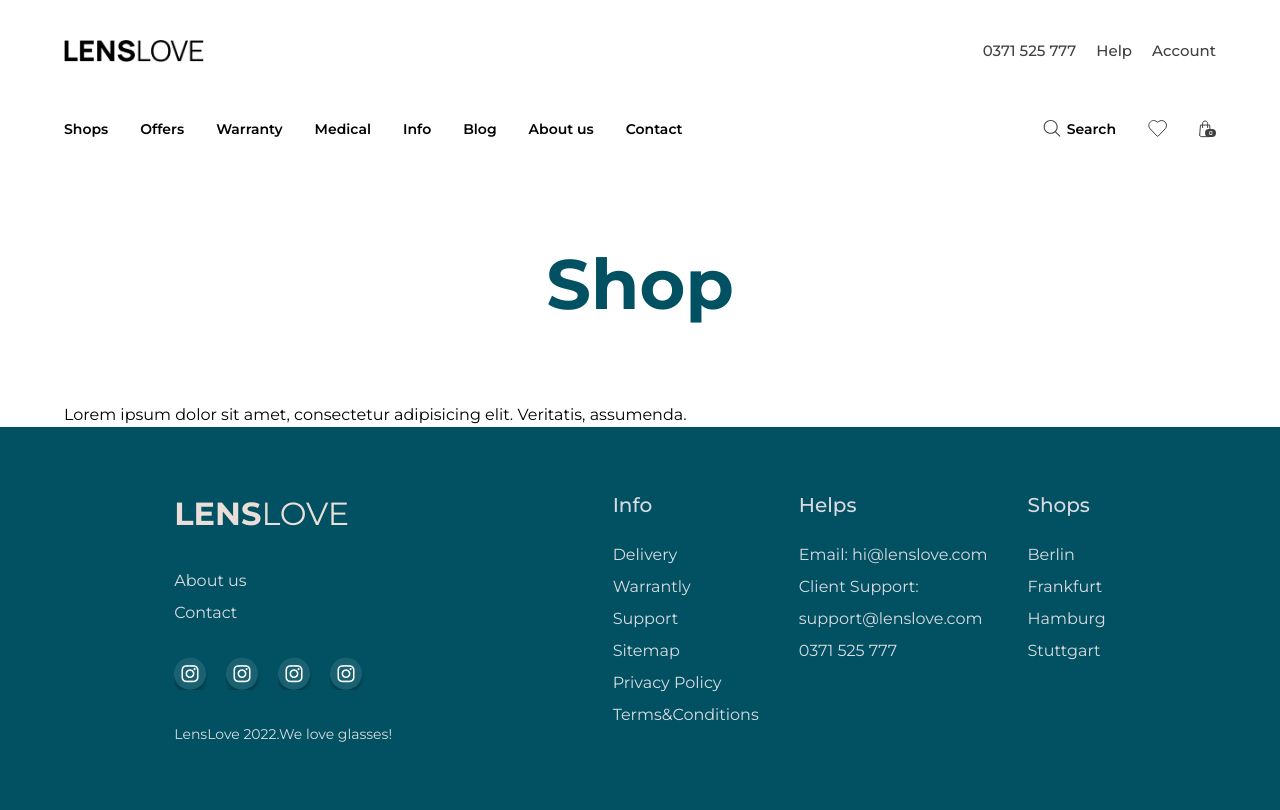
Repository: thienthanhvinh/glasses-react
Page: /shop
These files come from the project's save history. The page is drawn as it stood at one moment and after a run of saves; the edit follows.
The browser window is 1280 px wide. The pictures show the whole page.
The project was rebuilt for these pictures with package versions that can differ from the ones it lists, and the page was loaded fresh each time. Also part of the build but not shown: src/App.css, src/components/button/Button.js, src/components/category/Category.js, src/components/intro/Intro.js, src/components/sales/SpringSales.js, src/modules/GlassesGrid.js, src/modules/GlassesItem.js, src/modules/HeadlineImage.js and 11 more.

Above is the page before, as saved 2023-02-13 20:14:08.

After the next 3 saves:
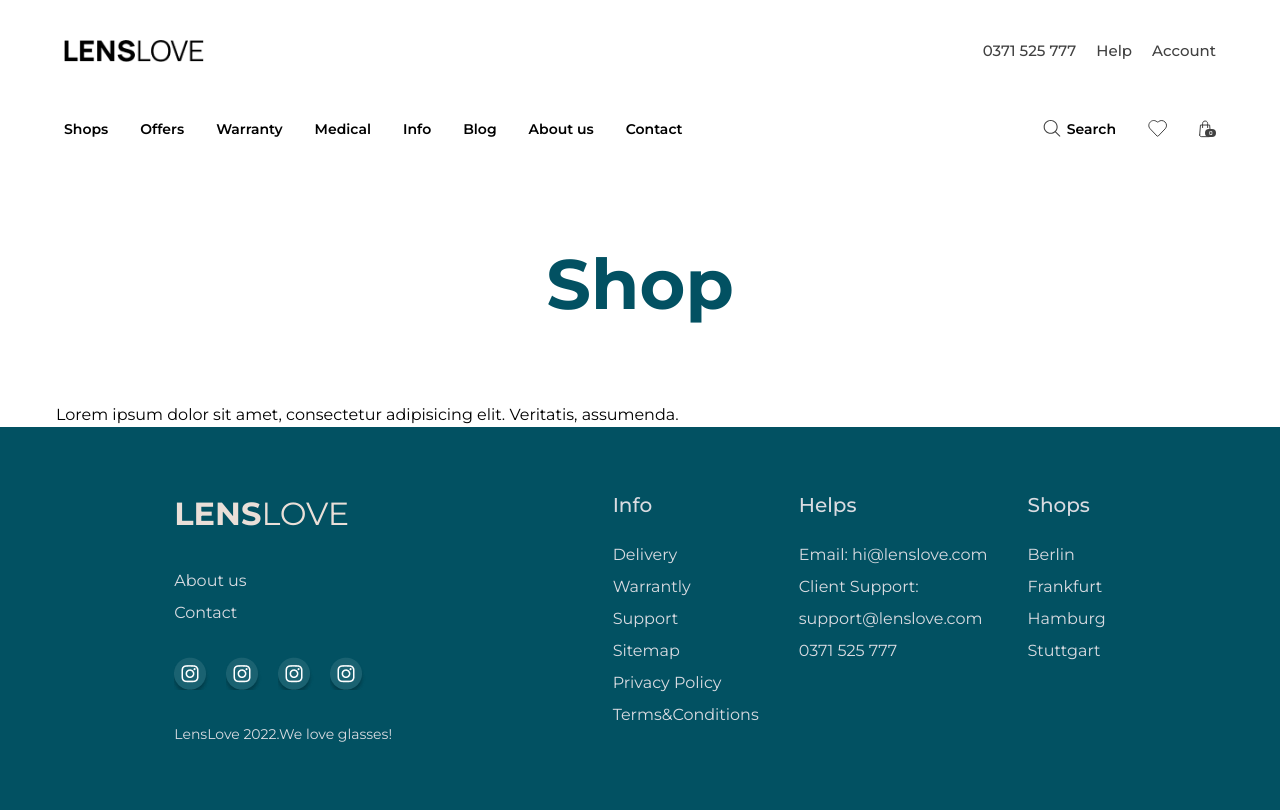
The 3 saves are shown as one change because they came seconds apart.
The last was saved 14 s later.
--- a/src/pages/ShopPage.js
+++ b/src/pages/ShopPage.js
@@ -8,7 +8,7 @@ const ShopPage = () => {
     <>
       <LayoutGlasses>
         <Heading className="mt-14">Shop</Heading>
-        <div className="px-16">
+        <div className="px-14">
           <div className="mt-[70px]">
             <h2>Lorem ipsum dolor sit amet, consectetur adipisicing elit. Veritatis, assumenda.</h2>
           </div>
